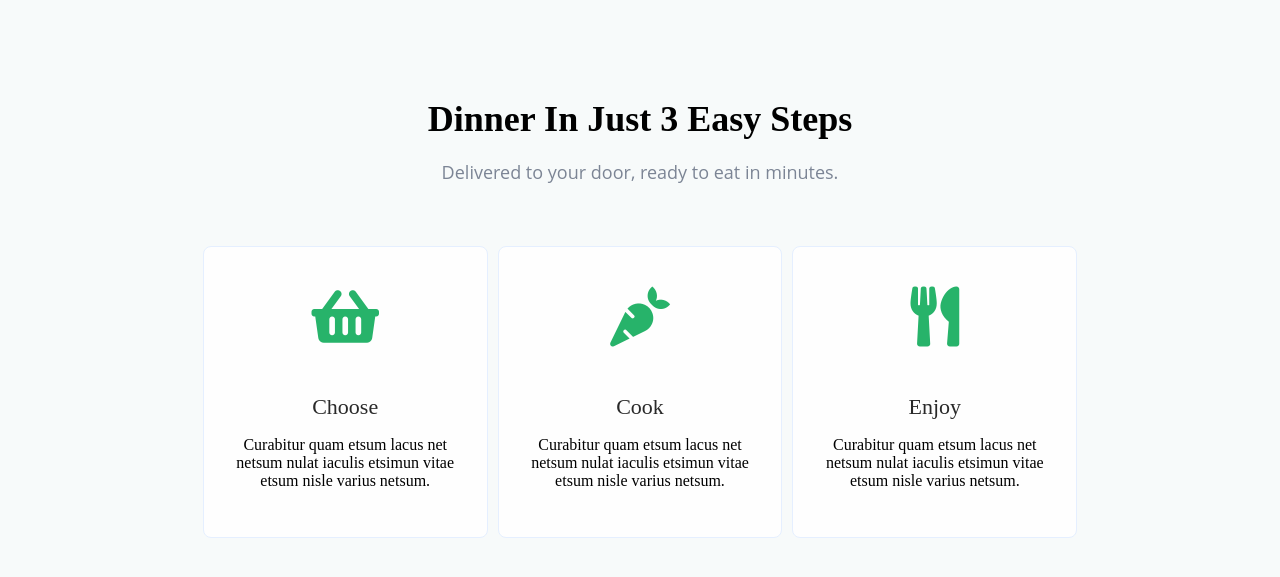
Repository: ST-United-Internship/leadpage
Page: card-UI.html
These files come from the project's save history. The page is drawn as it stood at one moment and after a run of saves; the edit follows.
The browser window is 1280 px wide. The pictures show the whole page.

Above is the page before, as saved 2023-03-15 16:06:38.

After the next 3 saves:
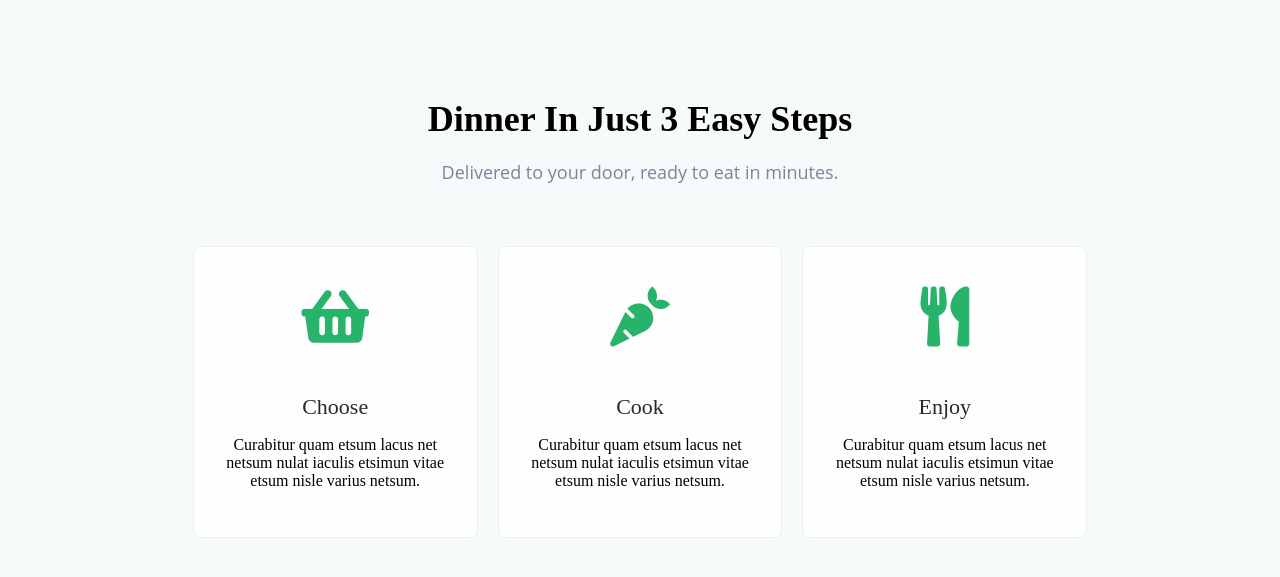
The 3 saves are shown as one change because they came seconds apart.
The last was saved 17 s later.
--- a/css/card-UI.css
+++ b/css/card-UI.css
@@ -46,7 +46,7 @@ section{
 
 .title-card{
     position: relative;
-    margin: 45px 5px 10px 5px;
+    margin: 45px 10px 5px 10px;
     padding: 40px 15px 32px 15px;
     overflow: hidden;
     text-align: center;
